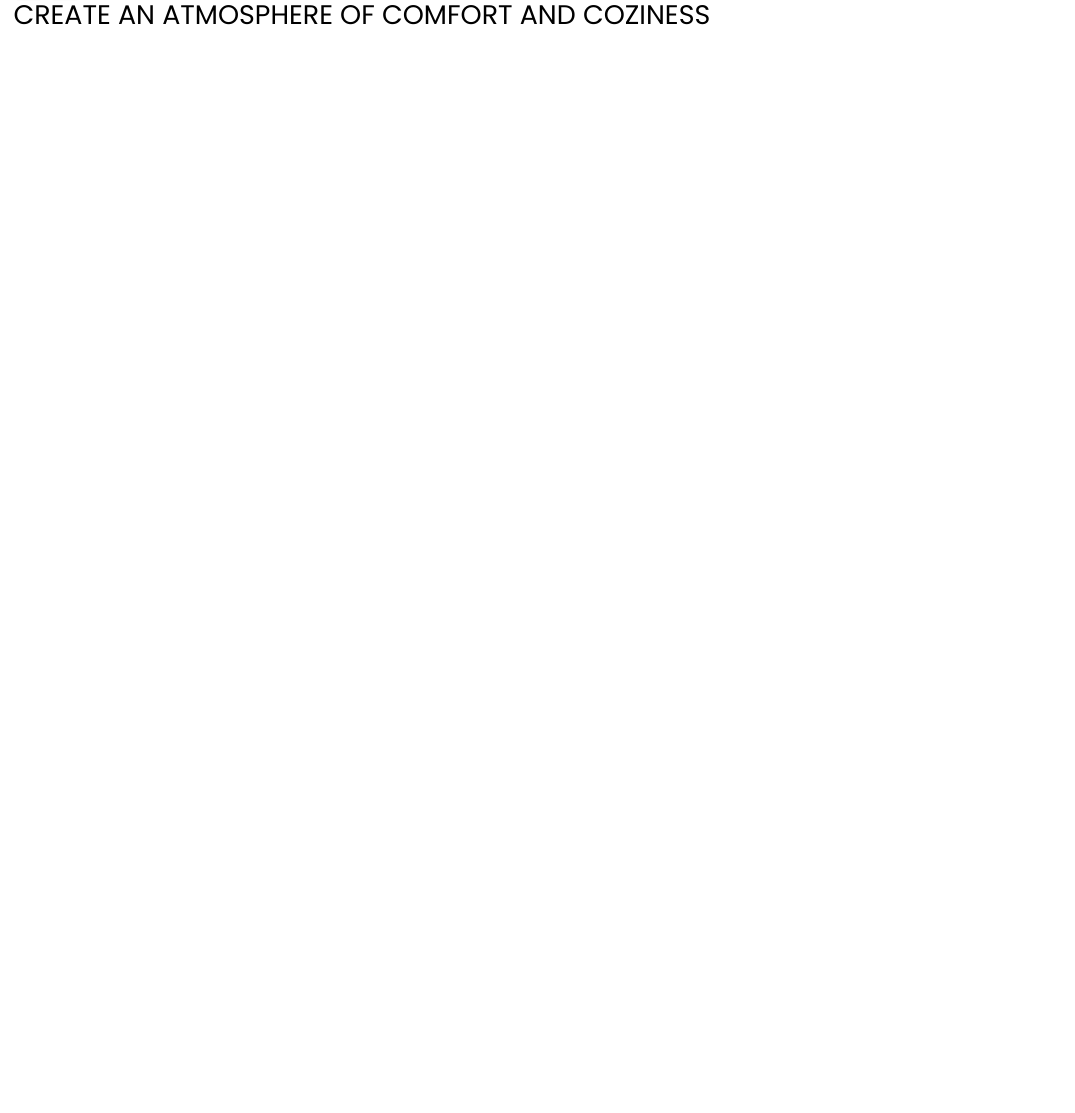
Repository: nikhilsinghrathore1/Shery_02
Page: /
The author's editor kept a copy of each file at every save. The page is drawn from the files as they stood at one save, then again after the next save.
The browser window is 1280 px wide. The pictures show the part of the page from y = 4219 to 5544 px (the page is 5544 px tall), at 84% of full size.
The project was rebuilt for these pictures with package versions that can differ from the ones it lists, and the page was loaded fresh each time. Also part of the build but not shown: vite.config.js.

Above is the page before, as saved 2024-07-18 03:26:06.

### src/App.jsx
import { useState } from 'react'
import reactLogo from './assets/react.svg'
import viteLogo from '/vite.svg'
import './App.css'
import Landing from './pages/Landing'

function App() {
  const [count, setCount] = useState(0)

  return (
    <>
      <Landing/>
    </>
  )
}

export default App

### src/App.css
@font-face {
  font-family: font1;
  src: url("../public/6624dc4c3f39ffabcd0dc162_Montserrat-VariableFont_wght.ttf");
}
@font-face {
  font-family: font2;
  src: url("../public/CircularXXWeb-Book\ \(1\).ttf");
}
@font-face {
  font-family: font3;
  src: url("../public/JTUQjIg1_i6t8kCHKm459WxRyS7m0dR9pA.ttf");
}
@font-face {
  font-family: font4;
  src: url("../public/JTUSjIg1_i6t8kCHKm459WlhyyTh89Y.ttf");
}
@font-face {
  font-family: font5;
  src: url("../public/pxiEyp8kv8JHgFVrJJfecnFHGPc.ttf");
}

.f1{
  font-family: font1;
}
.f2{
  font-family: font2;
}
.f3{
  font-family: font3;
}
.f4{
  font-family: font4;
}
.f5{
  font-family: font5;
}

### src/pages/Landing.jsx
import React from 'react'
import MoreInsta from '../components/MoreInsta'
import Nav from '../components/Nav'
import SingleHero from '../components/SingleHero'
import { GoArrowRight } from "react-icons/go";
import { GoArrowLeft } from "react-icons/go";
import VideoCont from '../components/VideoCont'

const Landing = () => {
  return (
    <div className='w-full overflow-hidden'>
               {/* this is the first image gallery part */}
               <div className='w-full h-[400vh] relative '>
               <Nav/>
               <SingleHero img={"https://cdn.prod.website-files.com/6613fb0aff6a7761bf9a817d/66267f01781250e3c4f8ed19_hero-01-p-1080.webp"} text={"hotel"}/>
               <SingleHero img={"https://cdn.prod.website-files.com/6613fb0aff6a7761bf9a817d/66267f00e43626f944ce0076_hero-02-p-1080.webp"} text={"restaurant"}/>
               <SingleHero img={"https://cdn.prod.website-files.com/6613fb0aff6a7761bf9a817d/66267f011d36d94902bbbcd3_hero-03-p-1080.webp"} text={"catering"}/>
               <SingleHero img={"https://cdn.prod.website-files.com/6613fb0aff6a7761bf9a817d/66267f0015a49ebd0cb05e50_hero-04-p-1080.webp"} text={"+automative"}/>
               </div>

               {/* this is the second text wala part  */}

               <div className='w-full  h-[120vh] px-4 pt-32 leading-[42px]'>
                              {/* this is the variable weight text */}
                              <div className='w-full f4 text-[32px] font-semibold text-black uppercase h-fit'>
                                             <p><span className='pl-44'>full</span> responsibility from project to implementation.</p>
                              </div>

                              <div className='f4 text-[13px] font-semibold mt-10 leading-none'>
                                             <p>More about us</p>
                                             <p className='mt-3 leading-[16px] font-semibold'>The textile production Velours HoReCa was founded in Lviv in 2005. <span className='opacity-60'>Our activity is focused on professionally outfitting the interiors of hotels, restaurants, cafes, and bars with textile products.</span></p>
                              </div>

                              <div className='w-full flex h-[50vh] mt-12 '>
                                             <div className='w-1/2 h-full flex justify-end pt-3'>
                                                            <VideoCont/>
                                             </div>
                                             <div className='w-1/2 h-full flex flex-col justify-between pl-3 pb-16 f5 font-light'>

                                                            <div className='w-full leading-[17px]  text-[13px]'>
                                                                           <p>With extensive experience in the Horeca sector - 18 years </p>
                                                                           <p className='opacity-70'>[as of 2024]</p>

                                                                           <div className='border-y-[1px] border-black/20 py-1 mt-3'>
                                                                                          <p>We offer both warranty and post-warranty servicing.</p>
                                                                           </div>
                                                            </div>

                                                            <div className='f4 pl-2'>
                                                                           <MoreInsta/>
                                                            </div>



                                             </div>
                              </div>
               </div>

               <div className='w-full h-[250vh] px-4 pt-12'>
               <div className=' uppercase text-[32px] w-full leading-[35px] f5 font-light '>
                                             <p className='w-[78%]'>ideal textile for a cozy hotel ambiance</p>

                                             <div className='w-full flex h-[50vh] mt-8'>
                                                            <div className='w-[30%] flex items-end  gap-2 h-full'>
                                                                                          <div className='w-9 h-9 border-black/50 rounded flex items-center text-xl justify-center border-[1px]'><GoArrowLeft/></div>
                                                                                          <div className='w-9 h-9 border-black/50 rounded flex items-center text-xl justify-center border-[1px]'><GoArrowRight/></div>
                                                            </div>
                                                            <div className='w-[72%] h-full rounded-lg overflow-hidden'>
                                                                           <img className='w-full h-full rounded-lg ' src="https://cdn.prod.website-files.com/6613fb0aff6a7761bf9a817d/662a45b943d2e1892a8fff8e_slider-01-04-p-800.webp" alt="not showing" />
                                                            </div>
                                             </div>

                                             <p>Create an atmosphere of comfort and coziness <span></span></p>
                              </div>
               </div>


    </div>
  )
}

export default Landing

### src/components/MoreInsta.jsx
import React from 'react'
import { GoArrowUpRight } from "react-icons/go";

const MoreInsta = () => {
  return (
    <div className=' leading-[16px] text-[13px] text-black f5 font-light'>
               <p>More in Ours</p>
               <p className='flex items-center gap-1'>instagram <span><GoArrowUpRight/></span></p>
    </div>
  )
}

export default MoreInsta

### src/components/Nav.jsx
import React from 'react'

const Nav = () => {
  return (
    <div className='w-full h-[100vh]  fixed text-white flex flex-col justify-between z-40 top-0'>
        <div className=' flex items-center justify-center pt-7'>

               <div className='flex  flex-col items-center justify-center leading-[18px]'>
                              <h1 className='text-[24px] f1'>Velorus</h1>
                              <h2 className='text-[10px] f1 '>HoReCa</h2>
               </div>
        </div>

        {/* this is the menu bar kinda thingy */}
        <div className='w-full h-[10vh]  px-3  '>

          <div className='w-full h-[65%] bg-black rounded-md flex justify-between px-[2px]'>
            <div className='w-[18%] h-full bg-white flex items-center justify-center overflow-hidden rounded-md'>
              <img className='w-[90%] h-[90%] object-cover' src="https://cdn.prod.website-files.com/6613fb0aff6a7761bf9a817d/6624b9bbba2e8daa37ae2e54_download-img-02.webp" alt="not showing" />
            </div>

            <div className='w-[57%] h-full text-[13px] text-white leading-[16px] f2 flex items-center justify-center'>
              <p>Download our Brochour on services in the HoReCa industry</p>
            </div>


            <div className='w-[15%] h-full bg-white flex items-center justify-center overflow-hidden rounded-md'>
              <img className='w-[80%] h-[80%] object-cover' src="https://cdn.prod.website-files.com/6613fb0aff6a7761bf9a817d/6624bdfbd80898e1c3060de1_download-icon.webp" alt="not showing" />
            </div>
          </div>





        </div>

    </div>
  )
}

export default Nav

### src/components/SingleHero.jsx
import React from 'react'

const SingleHero = ({img , text}) => {
  return (
    <div className='w-full h-[100vh] relative'>
               <div className='absolute bg-black/10 flex items-center justify-center w-full h-full top-0'>
                              <h1 className='uppercase text-[44px] f4 font-bold tracking-wider text-white'>{text}</h1>
               </div>
               <img className='w-full h-full object-cover' src={img} alt="not showing" />
    </div>
  )
}

export default SingleHero

### src/components/VideoCont.jsx
import React from 'react'

const VideoCont = () => {
  return (
    <div className='w-[98%] h-[80%] bg-black rounded-lg pt-[3px] px-[2px] '>
               <div className='w-full h-[87%] overflow-hidden rounded-lg'>
                              <video autoPlay muted loop className='w-full h-full object-cover' src="https://s3.amazonaws.com/webflow-prod-assets/6613fb0aff6a7761bf9a817d/663bcfe77765a0f1702b036f_insta-3.mp4"></video>
               </div>
               <div className='w-full text-white text-[11px] f1 h-[13%] pt-1 flex items-center pb-[2px] gap-2'>
                              <img className='w-[24px] h-[24px] object-cover' src="https://cdn.prod.website-files.com/6613fb0aff6a7761bf9a817d/663bcbd3012e5e6821be914c_logo-horeca.png" alt="not showing" />
                              <p>Velorus_horeca</p>
               </div>
    </div>
  )
}

export default VideoCont

Loaded but not shown: index.html (common file); src/main.jsx (common file); src/index.css (common file); tailwind.config.js (common file)

After the next save:
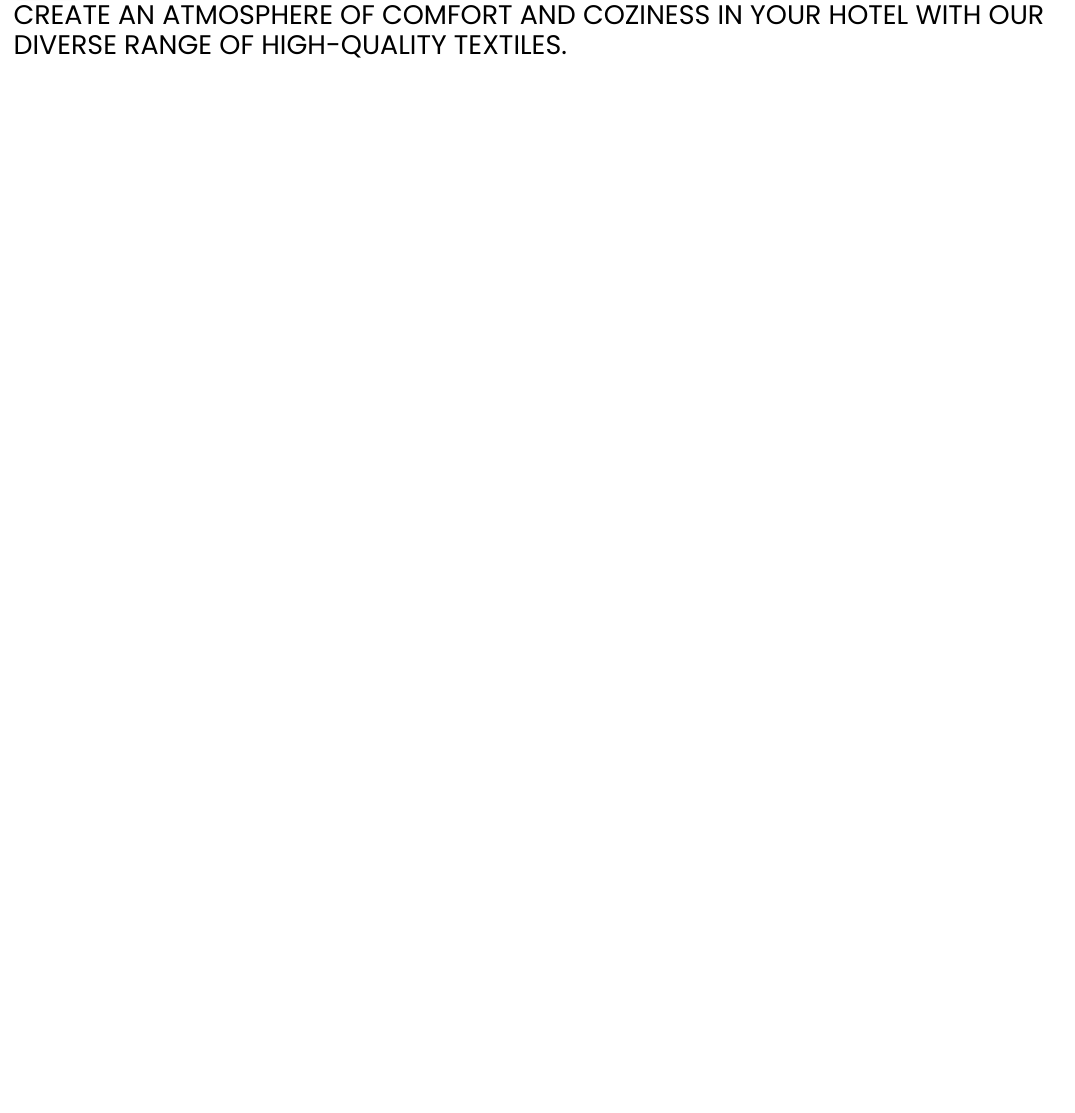
Saved 9 s later.
--- a/src/pages/Landing.jsx
+++ b/src/pages/Landing.jsx
@@ -70,7 +70,7 @@ const Landing = () => {
                                                             </div>
                                              </div>
 
-                                             <p>Create an atmosphere of comfort and coziness <span></span></p>
+                                             <p>Create an atmosphere of comfort and coziness <span> in your hotel with our diverse range of high-quality textiles. </span></p>
                               </div>
                </div>
 
